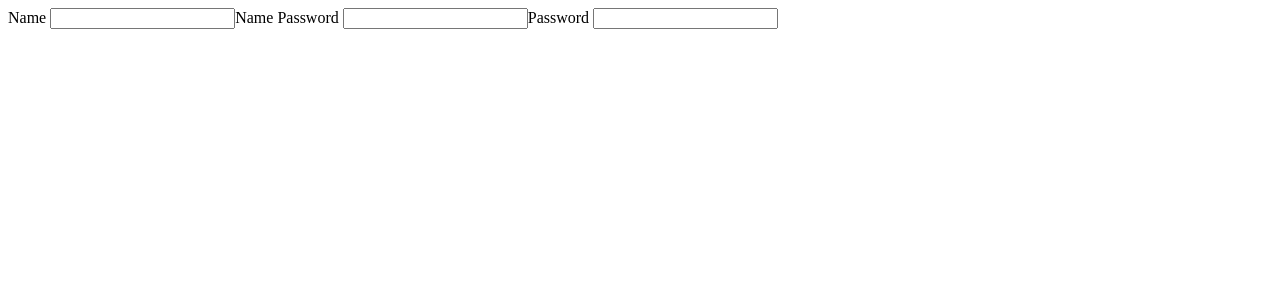
Repository: ntu34543/cut-landing-page-Figma
Page: home.html
The author's editor kept a copy of each file at every save. The page is drawn from the files as they stood at one save, then again after a run of saves.
The browser window is 1280 px wide. The pictures show the whole page.

Above is the page before, as saved 2022-09-13 22:26:11.

After the next 8 saves:
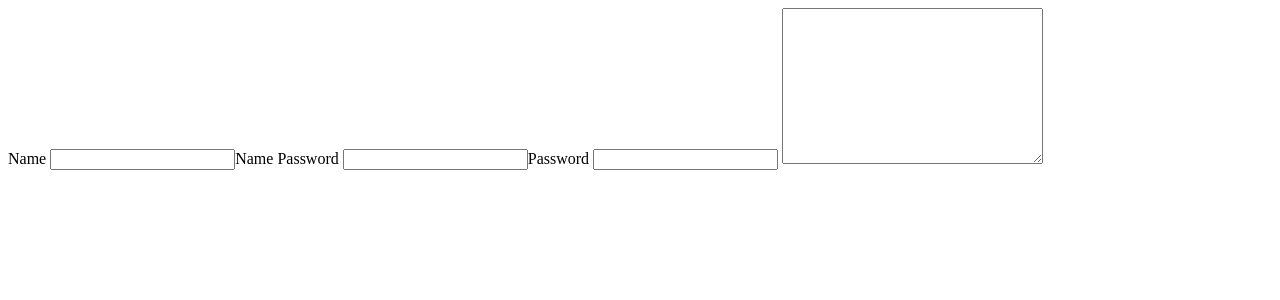
The 8 saves are shown as one change because they came seconds apart.
The last was saved 27 s later.
--- a/home.html
+++ b/home.html
@@ -195,6 +195,7 @@
         <label for="name">Password</label>
         <input type="text">Password
         <input type="">
+        <textarea name="" id="" cols="30" rows="10"></textarea>
     </form>
     <!-- <p class="dessss">Margin and Padding</p> -->
     <!-- <h1 class="des">Margin and Padding</h1> -->
